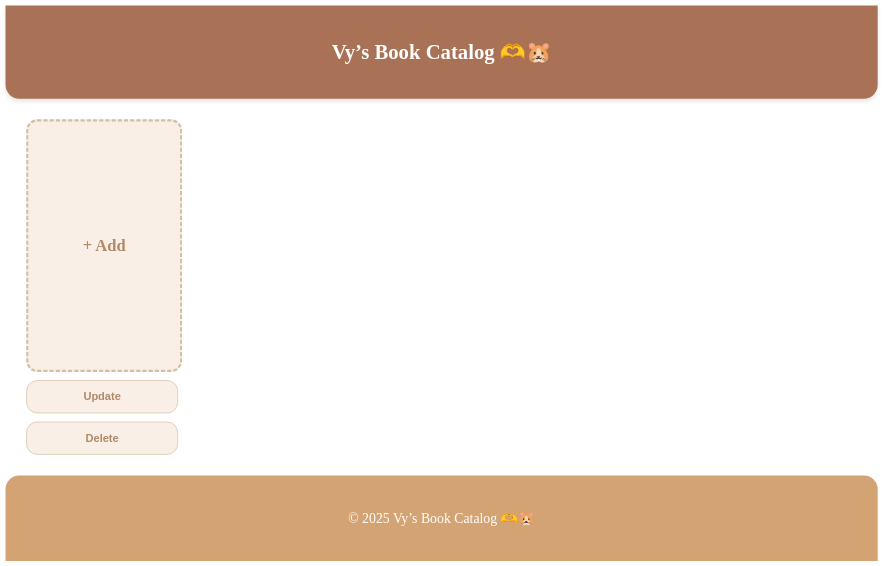
Repository: CucVyTrinh/book-catalog-v6
Page: /
These files come from the project's save history. The page is drawn as it stood at one moment and after the next save; the edit follows.
The browser window is 1280 px wide. The pictures show the whole page, at 69% of full size.
The project was rebuilt for these pictures with package versions that can differ from the ones it lists, and the page was loaded fresh each time. Also part of the build but not shown: vite.config.js, src/index.css, src/components/AddBookModal.jsx.

Above is the page before, as saved 2025-10-26 21:44:50.

### index.html
<!doctype html>
<html lang="en">
  <head>
    <meta charset="UTF-8" />
    <link rel="icon" type="image/svg+xml" href="/vite.svg" />
    <meta name="viewport" content="width=device-width, initial-scale=1.0" />
    <title>book-catalog-v4</title>
  </head>
  <body>
    <div id="root"></div>
    <script type="module" src="/src/main.jsx"></script>
  </body>
</html>

### src/App.jsx
// src/App.jsx
import React, { useState } from "react";
import "./App.css";
import bookSeed from "./data/books.json";

import Header from "./components/Header";
import Footer from "./components/Footer";
import LeftColumn from "./components/LeftColumn";
import BooksGrid from "./components/BooksGrid";
import AddBookModal from "./components/AddBookModal";

export default function App() {
  // 👉 Start EMPTY to satisfy “no books initially”
  const [books, setBooks] = useState([]);
  const [showModal, setShowModal] = useState(false);
  const [form, setForm] = useState({
    title: "",
    author: "",
    image: "https://via.placeholder.com/150",
    url: "#",
    price: "$0.00",
  });

  const handleSelect = (clickedBook) => {
    setBooks((prev) =>
      prev.map((b) =>
        b.title === clickedBook.title
          ? { ...b, selected: !b.selected }
          : { ...b, selected: false }
      )
    );
  };

  const handleDelete = () => {
    setBooks((prev) => prev.filter((b) => !b.selected));
  };

  const handleAddBook = (e) => {
    e.preventDefault();
    setBooks((prev) => [...prev, { ...form, selected: false }]);
    setForm({
      title: "",
      author: "",
      image: "https://via.placeholder.com/150",
      url: "#",
      price: "$0.00",
    });
    setShowModal(false);
  };

  const handleUpdate = () => {
    alert("Update button clicked (no-op)");
  };

  // Optional: load from books.json (keeps data file, but not shown until you click)
  const handleLoadSample = () => {
    setBooks(bookSeed.map((b) => ({ ...b, selected: false })));
  };

  return (
    <div style={{ display: "flex", flexDirection: "column", minHeight: "100vh" }}>
      <Header title="Vy’s Book Catalog 🫶🐹" />
      <main style={{ flex: 1, padding: "30px" }}>
        <div style={{ display: "grid", gridTemplateColumns: "250px 1fr", gap: "12px" }}>
          <LeftColumn
            onOpenAdd={() => setShowModal(true)}
            onUpdate={handleUpdate}
            onDelete={handleDelete}
            onLoadSample={handleLoadSample} // remove this prop if you don’t want the button
          />
          <BooksGrid books={books} onSelect={handleSelect} />
        </div>
      </main>
      <Footer />

      <AddBookModal
        open={showModal}
        form={form}
        setForm={setForm}
        onClose={() => setShowModal(false)}
        onSubmit={handleAddBook}
      />
    </div>
  );
}

### src/App.css
/* ===== Books Grid ===== */
.books-grid {
    display: grid;
    grid-template-columns: repeat(auto-fit, minmax(250px, 1fr));
    gap: 12px;
    justify-items: center;
    align-items: start;
}

/* ===== Add Button ===== */
.add-button {
    display: flex;
    justify-content: center;
    align-items: center;
    border: 3px dashed #d0bfa2;
    background: #f9efe7;
    color: #b08968;
    font-size: 24px;
    font-weight: bold;
    height: 360px;
    width: 220px;
    /* match book card width */
    border-radius: 16px;
    cursor: pointer;
    transition: transform 0.2s ease, background 0.2s ease;
}

.add-button:hover {
    transform: scale(1.05);
    background: #f0e3d9;
}

/* ===== Left Column Buttons ===== */
.left-column {
    display: flex;
    flex-direction: column;
    gap: 12px;
    /* spacing between buttons */
}

.left-column button {
    width: 220px;
    /* match Add button width */
    padding: 14px 0;
    font-size: 16px;
    font-weight: bold;
    border-radius: 16px;
    border: 1px solid #d0bfa2;
    background: #f9efe7;
    color: #b08968;
    cursor: pointer;
    transition: all 0.2s ease;
}

.left-column button:hover {
    background: #f0e3d9;
    color: #a46d4a;
    border-color: #b08968;
}

/* ===== Modal Overlay ===== */
.modal-overlay {
    position: fixed;
    top: 0;
    left: 0;
    right: 0;
    bottom: 0;
    background: rgba(0, 0, 0, 0.5);
    display: flex;
    justify-content: center;
    align-items: center;
    z-index: 100;
    padding: 20px;
}

/* ===== Modal Form ===== */
.modal-form {
    background: #fff;
    padding: 40px;
    border-radius: 20px;
    display: flex;
    flex-direction: column;
    gap: 18px;
    min-width: 450px;
    max-width: 90vw;
    box-shadow: 0 8px 20px rgba(0, 0, 0, 0.3);
}

.modal-form h2 {
    text-align: center;
    font-size: 28px;
    margin-bottom: 16px;
}

.modal-form input {
    padding: 12px;
    font-size: 16px;
    border-radius: 8px;
    border: 1px solid #ccc;
}

.modal-form button {
    padding: 12px;
    font-size: 18px;
    font-weight: bold;
    border-radius: 10px;
    border: none;
    background-color: #d68d5c;
    color: white;
    cursor: pointer;
    transition: all 0.2s ease;
}

.modal-form button:hover {
    background-color: #edc3a5;
}

/* ===== Book Card ===== */
.book-card {
    width: 220px;
    height: 360px;
    border-radius: 16px;
    padding: 16px;
    display: flex;
    flex-direction: column;
    justify-content: space-between;
    align-items: center;
    background: #fdf6f0;
    box-shadow: 0 4px 8px rgba(0, 0, 0, 0.08);
    position: relative;
    cursor: pointer;
    transition: all 0.2s ease;
}

.book-card.selected {
    background: #ffe0b3;
    box-shadow: 0 0 0 3px #b08968;
}

.book-card img {
    max-width: 100%;
    max-height: 140px;
    object-fit: contain;
}

.book-card h3 {
    font-size: 15px;
    font-weight: bold;
    text-align: center;
}

.book-card p {
    font-size: 13px;
    color: #8b6f47;
}

.book-card a {
    font-size: 13px;
    background: #b08968;
    color: white;
    padding: 6px 10px;
    border-radius: 8px;
    text-decoration: none;
}

.book-card button.remove-btn {
    position: absolute;
    top: 8px;
    right: 8px;
    background: #e74c3c;
    color: white;
    border: none;
    border-radius: 50%;
    width: 24px;
    height: 24px;
    cursor: pointer;
}

### src/data/books.json
[
    {
      "title": "Effective JavaScript",
      "subtitle": "68 Specific Ways to Harness the Power of JavaScript",
      "isbn13": "9780321812186",
      "price": "$21.99",
      "image": "https://itbook.store/img/books/9780321812186.png",
      "url": "https://itbook.store/books/9780321812186",
      "selected": false
    },
    {
      "title": "Beginning JavaScript, 3nd Edition",
      "subtitle": "The Ultimate Guide to Modern JavaScript Development",
      "isbn13": "9781484243947",
      "price": "$19.02",
      "image": "https://itbook.store/img/books/9781484243947.png",
      "url": "https://itbook.store/books/9781484243947",
      "selected": false
    },
    {
      "title": "Learn Enough JavaScript to Be Dangerous",
      "subtitle": "Write Programs, Publish Packages, and Develop Interactive Websites with JavaScript",
      "isbn13": "9780137843749",
      "price": "$31.98",
      "image": "https://itbook.store/img/books/9780137843749.png",
      "url": "https://itbook.store/books/9780137843749",
      "selected": false
    },
    {
      "title": "Test-Driven JavaScript Development",
      "subtitle": "",
      "isbn13": "9780321683915",
      "price": "$10.29",
      "image": "https://itbook.store/img/books/9780321683915.png",
      "url": "https://itbook.store/books/9780321683915",
      "selected": false
    },
    {
      "title": "Learning JavaScript",
      "subtitle": "A Hands-On Guide to the Fundamentals of Modern JavaScript",
      "isbn13": "9780321832740",
      "price": "$8.99",
      "image": "https://itbook.store/img/books/9780321832740.png",
      "url": "https://itbook.store/books/9780321832740",
      "selected": false
    },
    {
      "title": "jQuery and JavaScript Phrasebook",
      "subtitle": "",
      "isbn13": "9780321918963",
      "price": "$14.48",
      "image": "https://itbook.store/img/books/9780321918963.png",
      "url": "https://itbook.store/books/9780321918963",
      "selected": false
    },
    {
      "title": "JavaScript: The Good Parts",
      "subtitle": "Unearthing the Excellence in JavaScript",
      "isbn13": "9780596517748",
      "price": "$4.37",
      "image": "https://itbook.store/img/books/9780596517748.png",
      "url": "https://itbook.store/books/9780596517748",
      "selected": false
    },
    {
      "title": "Head First JavaScript",
      "subtitle": "A Learner's Companion to JavaScript",
      "isbn13": "9780596527747",
      "price": "$7.72",
      "image": "https://itbook.store/img/books/9780596527747.png",
      "url": "https://itbook.store/books/9780596527747",
      "selected": false
    },
    {
      "title": "High Performance JavaScript",
      "subtitle": "Build Faster Web Application Interfaces",
      "isbn13": "9780596802790",
      "price": "$19.59",
      "image": "https://itbook.store/img/books/9780596802790.png",
      "url": "https://itbook.store/books/9780596802790",
      "selected": false
    },
    {
      "title": "Building iPhone Apps with HTML, CSS, and JavaScript",
      "subtitle": "Making App Store Apps Without Objective-C or Cocoa",
      "isbn13": "9780596805784",
      "price": "$5.00",
      "image": "https://itbook.store/img/books/9780596805784.png",
      "url": "https://itbook.store/books/9780596805784",
      "selected": false
    }

  ]

### src/components/Header.jsx
// src/components/Header.jsx
import React from "react";

export default function Header({ title }) {
  return (
    <header
      style={{
        padding: "50px",
        background: "#a97155",
        color: "white",
        textAlign: "center",
        borderBottomLeftRadius: "20px",
        borderBottomRightRadius: "20px",
        boxShadow: "0 4px 6px rgba(0,0,0,0.1)",
      }}
    >
      <h1 style={{ margin: 0, fontSize: "30px" }}>{title}</h1>
    </header>
  );
}

### src/components/Footer.jsx
// src/components/Footer.jsx
import React from "react";

export default function Footer() {
  return (
    <footer
      style={{
        textAlign: "center",
        padding: "50px",
        fontSize: "20px",
        background: "#d4a373",
        color: "#fff",
        borderTopLeftRadius: "20px",
        borderTopRightRadius: "20px",
        marginTop: "auto",
      }}
    >
      © {new Date().getFullYear()} Vy’s Book Catalog 🫶🐹
    </footer>
  );
}

### src/components/LeftColumn.jsx
// src/components/LeftColumn.jsx
import React from "react";

export default function LeftColumn({ onOpenAdd, onUpdate, onDelete }) {
  return (
    <div className="left-column" style={{ display: "flex", flexDirection: "column", gap: "12px" }}>
      <div className="add-button" onClick={onOpenAdd}>+ Add</div>
      <button onClick={onUpdate}>Update</button>
      <button onClick={onDelete}>Delete</button>
    </div>
  );
}

### src/components/BooksGrid.jsx
// src/components/BooksGrid.jsx
import React from "react";
import Book from "./Book";

export default function BooksGrid({ books, onSelect }) {
  return (
    <div className="books-grid" style={{ display: "flex", flexWrap: "wrap", gap: "12px" }}>
      {books.map((book) => (
        <Book key={book.title} book={book} onSelect={onSelect} />
      ))}
    </div>
  );
}

### src/components/Book.jsx
import React from "react";

export default function Book({ book, onSelect }) {
  return (
    <div
      className={`book-card ${book.selected ? "selected" : ""}`}
      onClick={() => onSelect(book)}
    >
      <img
        src={book.coverUrl || "https://via.placeholder.com/150?text=Book+Cover"}
        alt={book.title}
      />
      <h3>{book.title}</h3>
      <p>{book.author}</p>
      {book.year && <p>{book.year}</p>}
    </div>
  );
}

Loaded but not shown: src/main.jsx (common file)

After the next save:
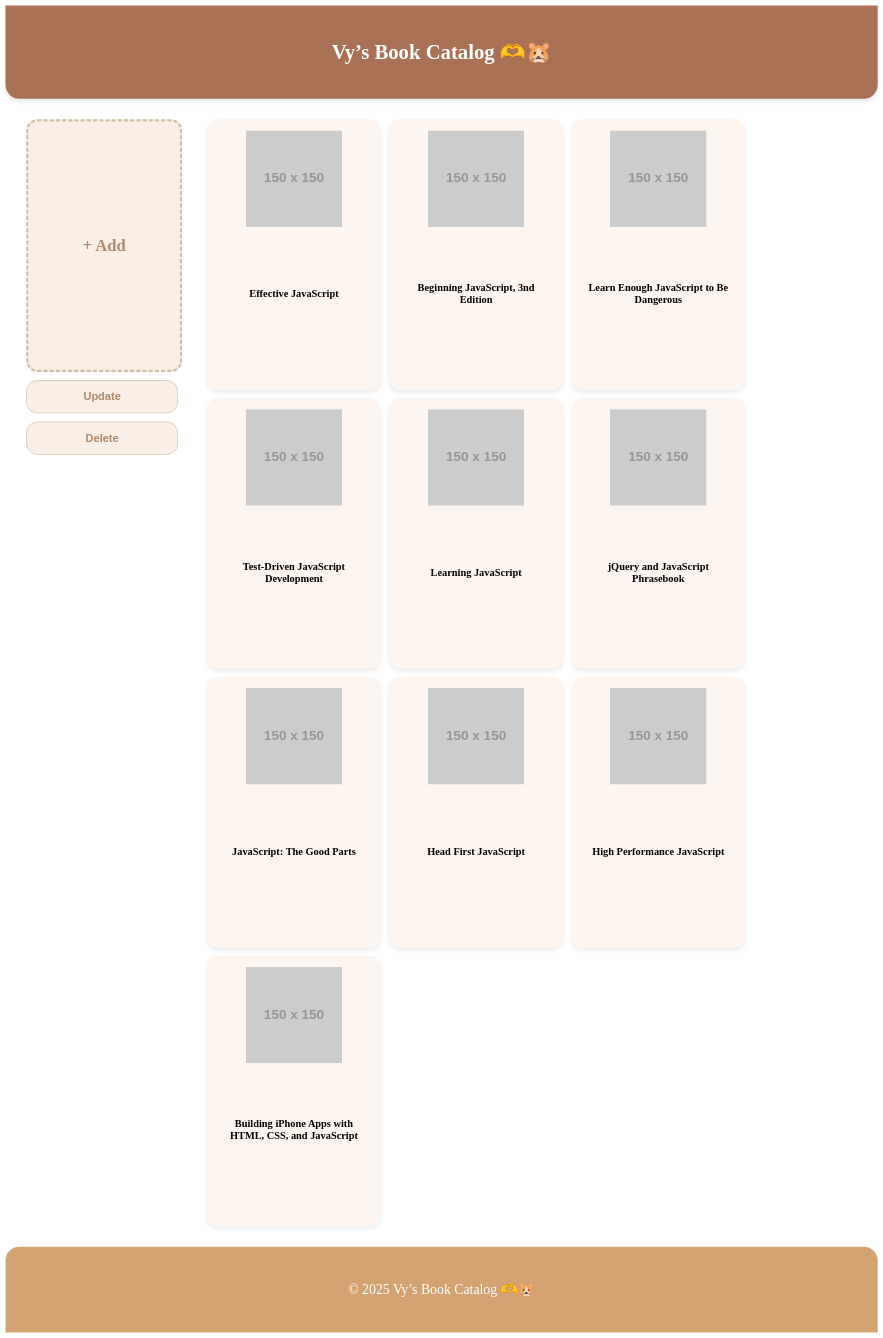
Saved 19 s later.
--- a/src/App.jsx
+++ b/src/App.jsx
@@ -1,17 +1,12 @@
-// src/App.jsx
 import React, { useState } from "react";
+import Book from "./components/Book";
+import dataJSON from "./data/books.json";
 import "./App.css";
-import bookSeed from "./data/books.json";
-
-import Header from "./components/Header";
-import Footer from "./components/Footer";
-import LeftColumn from "./components/LeftColumn";
-import BooksGrid from "./components/BooksGrid";
-import AddBookModal from "./components/AddBookModal";
 
 export default function App() {
-  // 👉 Start EMPTY to satisfy “no books initially”
-  const [books, setBooks] = useState([]);
+  const [books, setBooks] = useState(
+    dataJSON.map((b) => ({ ...b, selected: false }))
+  );
   const [showModal, setShowModal] = useState(false);
   const [form, setForm] = useState({
     title: "",
@@ -21,9 +16,10 @@ export default function App() {
     price: "$0.00",
   });
 
+  // Select a book (only one selected at a time)
   const handleSelect = (clickedBook) => {
-    setBooks((prev) =>
-      prev.map((b) =>
+    setBooks(
+      books.map((b) =>
         b.title === clickedBook.title
           ? { ...b, selected: !b.selected }
           : { ...b, selected: false }
@@ -31,55 +27,69 @@ export default function App() {
     );
   };
 
+  // Delete selected book
   const handleDelete = () => {
-    setBooks((prev) => prev.filter((b) => !b.selected));
+    setBooks(books.filter((b) => !b.selected));
   };
 
+  // Add book from modal form
   const handleAddBook = (e) => {
     e.preventDefault();
-    setBooks((prev) => [...prev, { ...form, selected: false }]);
-    setForm({
-      title: "",
-      author: "",
-      image: "https://via.placeholder.com/150",
-      url: "#",
-      price: "$0.00",
-    });
+    setBooks([...books, { ...form, selected: false }]);
+    setForm({ title: "", author: "", image: "https://via.placeholder.com/150", url: "#", price: "$0.00" });
     setShowModal(false);
   };
 
+  // Update button no-op
   const handleUpdate = () => {
     alert("Update button clicked (no-op)");
   };
 
-  // Optional: load from books.json (keeps data file, but not shown until you click)
-  const handleLoadSample = () => {
-    setBooks(bookSeed.map((b) => ({ ...b, selected: false })));
-  };
-
   return (
     <div style={{ display: "flex", flexDirection: "column", minHeight: "100vh" }}>
-      <Header title="Vy’s Book Catalog 🫶🐹" />
+      {/* Header */}
+      <header style={{ padding: "50px", background: "#a97155", color: "white", textAlign: "center", borderBottomLeftRadius: "20px", borderBottomRightRadius: "20px", boxShadow: "0 4px 6px rgba(0,0,0,0.1)" }}>
+        <h1 style={{ margin: 0, fontSize: "30px" }}>Vy’s Book Catalog 🫶🐹</h1>
+      </header>
+
+      {/* Main Content */}
       <main style={{ flex: 1, padding: "30px" }}>
         <div style={{ display: "grid", gridTemplateColumns: "250px 1fr", gap: "12px" }}>
-          <LeftColumn
-            onOpenAdd={() => setShowModal(true)}
-            onUpdate={handleUpdate}
-            onDelete={handleDelete}
-            onLoadSample={handleLoadSample} // remove this prop if you don’t want the button
-          />
-          <BooksGrid books={books} onSelect={handleSelect} />
+         <div className="left-column" style={{ display: "flex", flexDirection: "column", gap: "12px" }}>
+  <div className="add-button" onClick={() => setShowModal(true)}>+ Add</div>
+  <button onClick={handleUpdate}>Update</button>
+  <button onClick={handleDelete}>Delete</button>
+</div>
+
+          {/* Right column: Book cards */}
+          <div className="books-grid" style={{ display: "flex", flexWrap: "wrap", gap: "12px" }}>
+            {books.map((book) => (
+              <Book key={book.title} book={book} onSelect={handleSelect} />
+            ))}
+          </div>
         </div>
       </main>
-      <Footer />
 
-      <AddBookModal
-        open={showModal}
-        form={form}
-        setForm={setForm}
-        onClose={() => setShowModal(false)}
-        onSubmit={handleAddBook}
-      />
+      {/* Footer */}
+      <footer style={{ textAlign: "center", padding: "50px", fontSize: "20px", background: "#d4a373", color: "#fff", borderTopLeftRadius: "20px", borderTopRightRadius: "20px", marginTop: "auto" }}>
+        © {new Date().getFullYear()} Vy’s Book Catalog 🫶🐹
+      </footer>
+
+      {/* Add Book Modal */}
+{showModal && (
+  <div className="modal-overlay" onClick={() => setShowModal(false)}>
+    <form className="modal-form" onClick={(e) => e.stopPropagation()} onSubmit={handleAddBook}>
+      <h2>Add New Book</h2>
+      <input placeholder="Title" value={form.title} onChange={(e) => setForm({ ...form, title: e.target.value })} required />
+      <input placeholder="Author" value={form.author} onChange={(e) => setForm({ ...form, author: e.target.value })} required />
+      <input placeholder="Image URL" value={form.image} onChange={(e) => setForm({ ...form, image: e.target.value })} />
+      <input placeholder="Book URL" value={form.url} onChange={(e) => setForm({ ...form, url: e.target.value })} />
+      <input placeholder="Price" value={form.price} onChange={(e) => setForm({ ...form, price: e.target.value })} />
+      <button type="submit">Add Book</button>
+    </form>
+  </div>
+)}
+
     </div>
   );
 }
